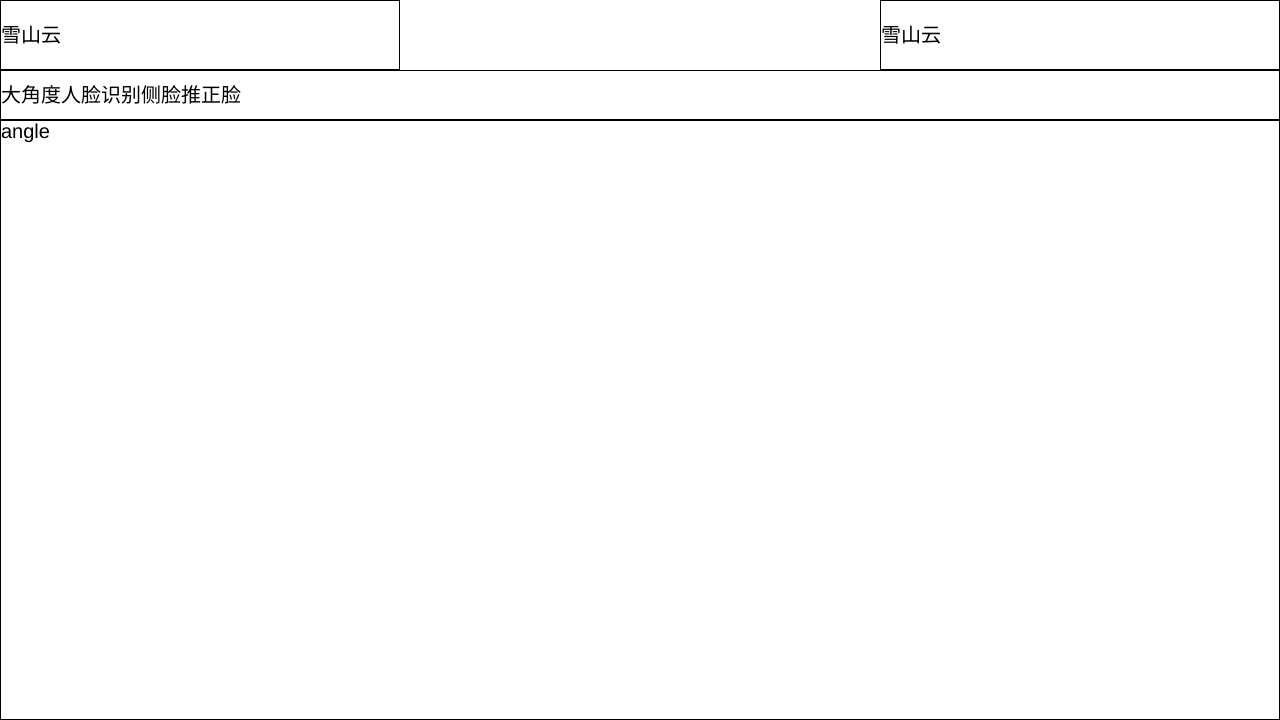
Repository: fyt2020/pubilcDemlo
Page: /
An editor plug-in stored every save of this project. The page is shown before and after the next save, followed by the edit.
The browser window is 1280 px wide. The pictures show the whole page.
The project was rebuilt for these pictures with package versions that can differ from the ones it lists, and the page was loaded fresh each time.

Above is the page before, as saved 2020-04-27 11:56:29.

### index.html
<!DOCTYPE html>
<html>
  <head>
    <meta charset="utf-8">
    <meta name="viewport" content="width=device-width,initial-scale=1.0">
    <title>pubilcdemo</title>
    <script src="./static/config.js"></script>
    <script src="./static/main.js"></script>
  </head>
  <body>
    <div id="app"></div>
    <!-- built files will be auto injected -->
  </body>
</html>

### src/main.js
// The Vue build version to load with the `import` command
// (runtime-only or standalone) has been set in webpack.base.conf with an alias.
import Vue from 'vue'
import App from './App'
import router from './router'
import '@/assets/css/reset.css'
import axios from '@/plugins/axios';

Vue.config.productionTip = false
Vue.prototype.$http = axios;
/* eslint-disable no-new */
new Vue({
  el: '#app',
  router,
  components: { App },
  template: '<App/>'
})

### src/router/index.js
import Vue from 'vue'
import Router from 'vue-router'
import Home from '@/pages/Home'

Vue.use(Router)

export default new Router({
  linkExactActiveClass: "exactActive",
  linkActivesClass: "active",
  routes: [
    {
      path: '/',
      name: 'home',
      component: Home,
      meta:{
        needTooken:false
      },
      redirect:'/bigAngle',
      children:[
        {
          path: 'bigAngle',
          name: 'bigAngle',
          component: () => import("@/pages/bigAngle"),
          meta:{
            needTooken:false
          },

        },
        {
          path: 'face',
          name: 'face',
          component: () => import("@/pages/face"),
          meta:{
            needTooken:false
          },

        }

      ]
    }
  ]
})

### src/assets/css/reset.css
@charset "UTF-8";
/**
 * @desc pc端常用reset.css
 * @author archer
 * @date 2018-08-26
 */
html,body,div,p,ul,li,dl,dt,dd,em,i,span,a,img,input,h1,h2,h3,h4,h5,nav,section,footer,header,table,tr,th,td,ul,li{margin:0;padding:0;box-sizing: border-box;}
h1,h2,h3,h4,h5,h6{font-weight:normal}
i,em,b{font-style:normal}
article,aside,details,figcaption,figure,footer,header,menu,nav,section {display: block;}
a,img,input {border:none;}
a {text-decoration:none;}
a:hover, a:active {outline: none;}
ul,li{list-style: none}
button,input,select,textarea{font-size:100%;outline:none}
table{border-collapse:collapse;border-spacing:0}
html, body {width: 100%;height: 100%;}
body{font-family:"Helvetica Neue",Helvetica, Arial,sans-serif; font-size: 14px;line-height:1}

### src/pages/Home.vue
<template>
  <div class="home">
     <!-- vue -->

      <div class="header">

           <div class="header__left">
                <img src="" alt="">
                <span>雪山云</span>
           </div>
           <div class="header__right">
                <span>雪山云</span>
           </div>
      </div>
      <div class="navigation">
            <router-link tag="li" :to="{name:'bigAngle'}">大角度人脸识别</router-link>
            <router-link tag="li" :to="{name:'face'}">侧脸推正脸</router-link>
      </div>

      <div class="content">
              <router-view />
      </div>

  </div>
</template>

<script>
export default {
  data() {
    return {};
  },
  computed: {},
  created() {

  },
  mounted() {

  },
  methods: {

  },
  components: {}
};
</script>

<style lang="scss" scoped>
@import "@/assets/css/home.scss";
</style>

### src/pages/bigAngle.vue
<template>
    <div>
        angle
    </div>
</template>

<script>
export default {
    props: {

    },
    data() {
        return {

        };
    },
    computed: {

    },
    created() {

    },
    mounted() {

    },
    watch: {

    },
    methods: {

    },
    components: {

    },
};
</script>

<style scoped lang="scss">

</style>

### src/assets/css/home.scss
.home{
    font-size: 20px;
    width: 100vw;
    height: 100vh;
    // background-color: #000;
    .header{

        width: 100%;
        height: 70px;
        // border: 1px solid black;
        display: flex;
        align-items: center;
        justify-content: space-between;
        .header__left{
            height: 100%;
            border: 1px solid black;
            width: 400px;
            display: flex;
            align-items: center;
        }
        .header__right{
            height: 100%;
            width: 400px;
            border: 1px solid black;
            display: flex;
            align-items: center;
        }
    }
    .navigation{
        width: 100%;
        height: 50px;
        border: 1px solid black;
        display: flex;
        align-items: center;
    }
    .content{
        height: calc(100% - 120px);
        width: 100%;
        border: 1px solid black;
    }
}

### static/config.js
window.BASEURL = {
};

Loaded but not shown: src/App.vue (common file); src/plugins/axios.js (library)

After the next save:
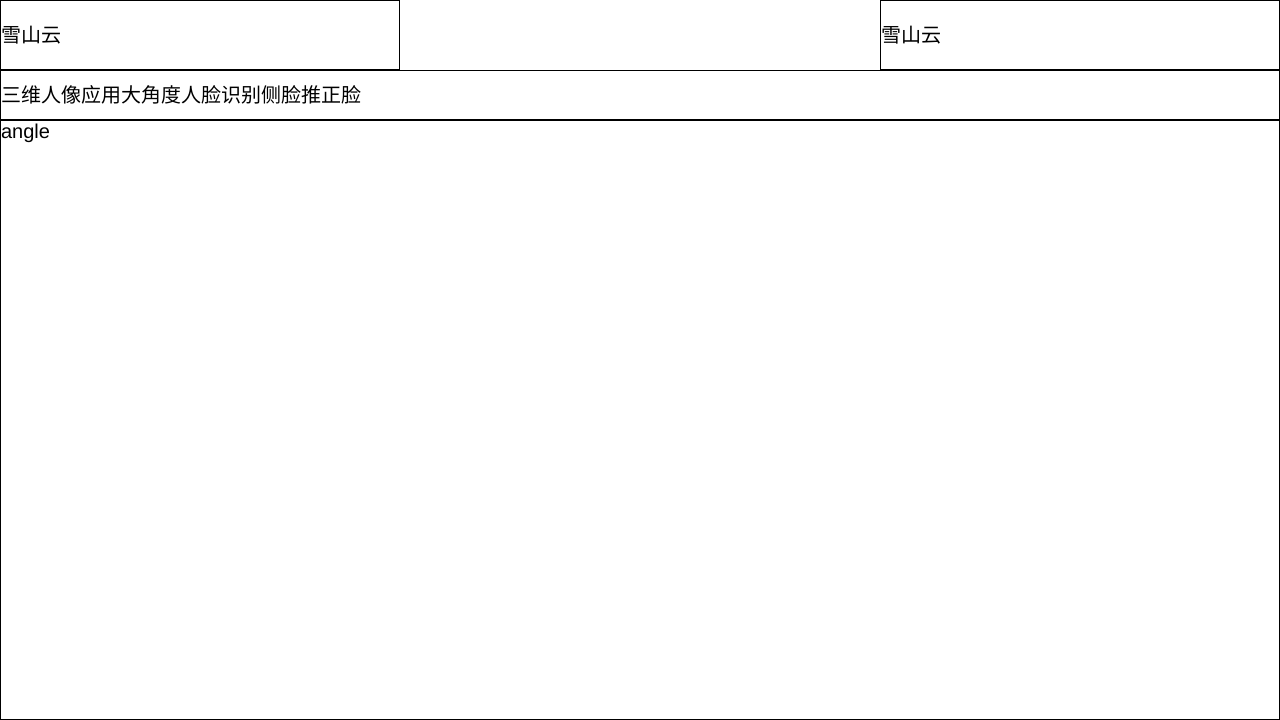
Saved 23 s later.
--- a/src/pages/Home.vue
+++ b/src/pages/Home.vue
@@ -13,6 +13,7 @@
            </div>
       </div>
       <div class="navigation">
+            <span>三维人像应用</span>
             <router-link tag="li" :to="{name:'bigAngle'}">大角度人脸识别</router-link>
             <router-link tag="li" :to="{name:'face'}">侧脸推正脸</router-link>
       </div>
